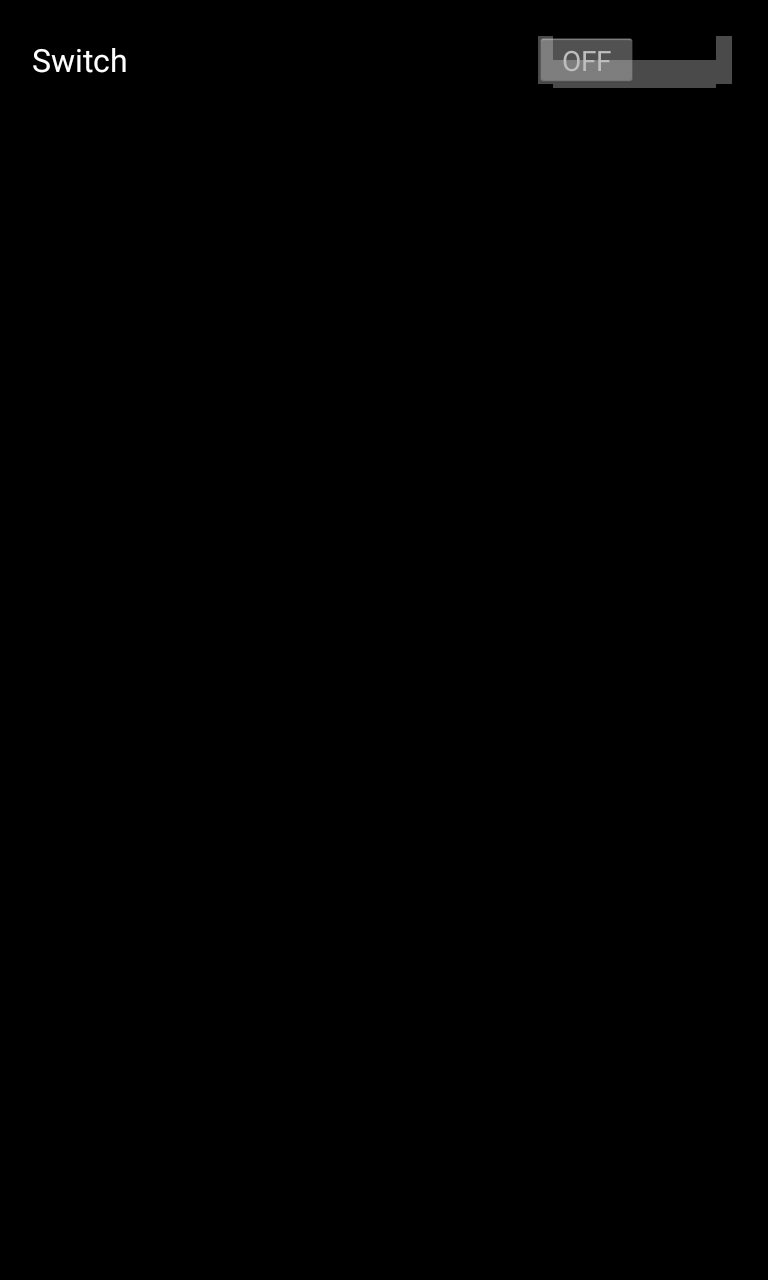
Repository: Jafnee/Android-Walking-Tour
Layout: SRC/Drafts/0.3/fuzzyNinja/PathFinder/res/layout/activity_settings.xml
The author's editor kept a copy of each file at every save. The layout is drawn from the files as they stood at one save, then again after the next save.
It is drawn on a 768 x 1280 px phone screen (xhdpi) without system bars, with theme android:Theme.Holo; the app's code is not run.

Above is the layout before, as saved 2013-12-13 05:18:30.

After the next save:
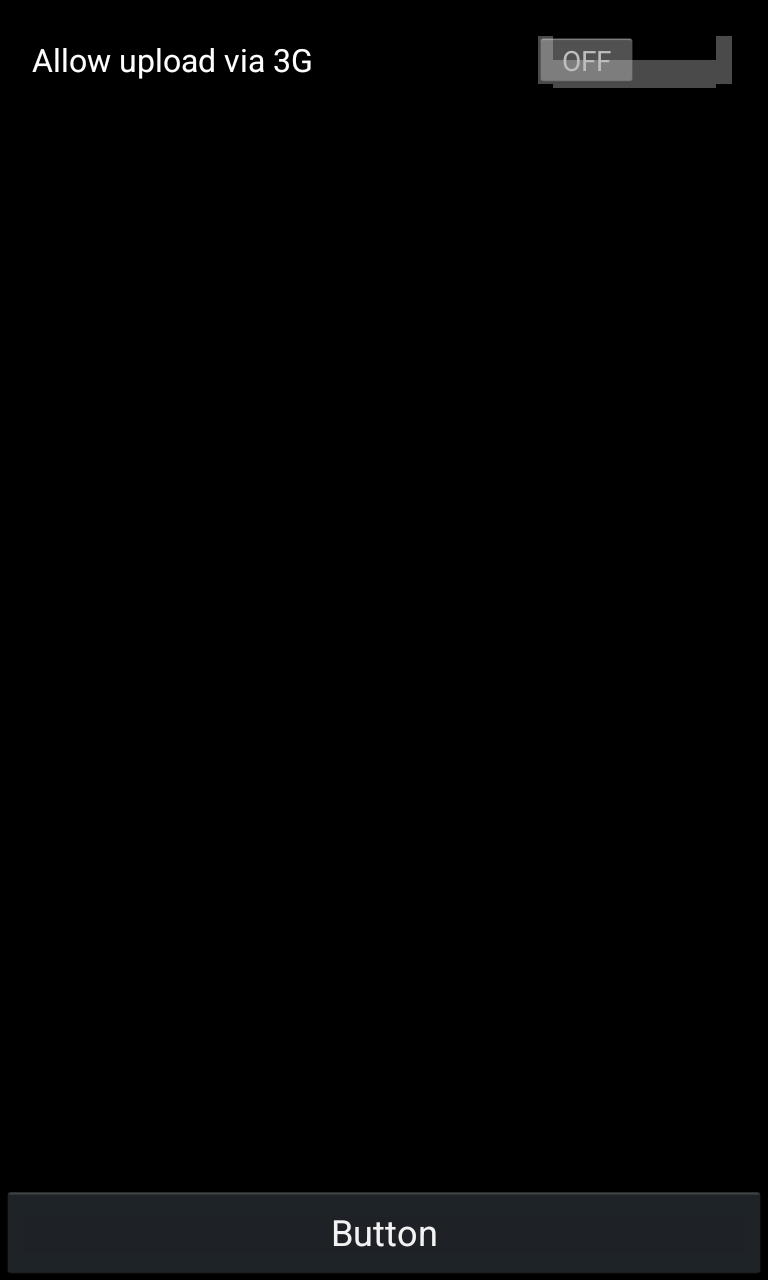
Saved 8 min 7 s later.
--- a/SRC/Drafts/0.3/fuzzyNinja/PathFinder/res/layout/activity_settings.xml
+++ b/SRC/Drafts/0.3/fuzzyNinja/PathFinder/res/layout/activity_settings.xml
@@ -7,7 +7,9 @@
     <ScrollView
         android:id="@+id/scrollView"
         android:layout_width="match_parent"
-        android:layout_height="match_parent"
+        android:layout_height="wrap_content"
+        android:layout_above="@+id/button1"
+        android:layout_alignParentTop="true"
         android:paddingBottom="@dimen/activity_vertical_margin"
         android:paddingLeft="@dimen/activity_horizontal_margin"
         android:paddingRight="@dimen/activity_horizontal_margin"
@@ -20,12 +22,29 @@
             android:orientation="horizontal" >
 
             <Switch
-                android:id="@+id/switchWIFIState"
+                android:id="@+id/switchWIFIOnlyUpload"
                 android:layout_width="match_parent"
-                android:layout_height="match_parent"
-                android:text="Switch" />
+                android:layout_height="wrap_content"
+                android:text="Allow upload via 3G" />
+
+                    <Switch
+            android:id="@+id/switch1"
+            android:layout_width="wrap_content"
+            android:layout_height="wrap_content"
+            android:text="Switch" />
+
 
         </LinearLayout>
+
+
     </ScrollView>
 
+    <Button
+        android:id="@+id/button1"
+        android:layout_width="match_parent"
+        android:layout_height="wrap_content"
+        android:layout_alignParentBottom="true"
+        android:layout_alignParentRight="true"
+        android:text="Button" />
+
 </RelativeLayout>
